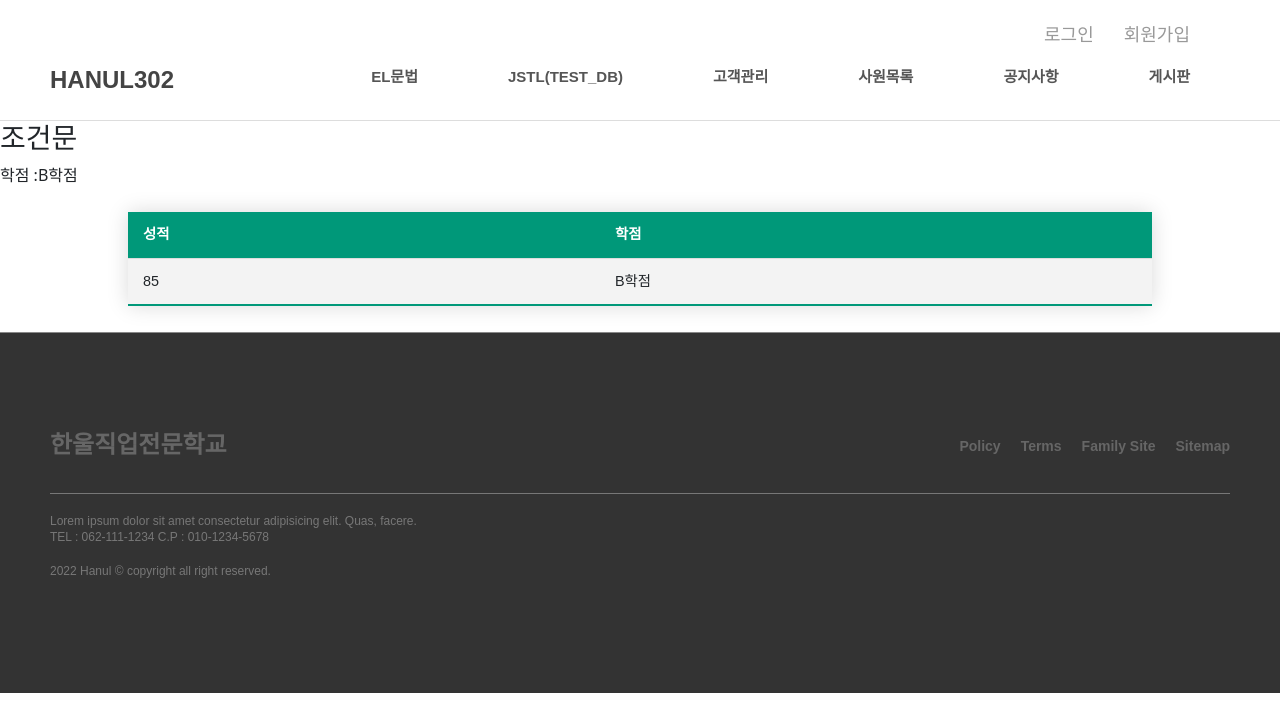
Repository: Xeyeong/servlet
Page: http://localhost/05.MiniProject/el/control.jsp
The author's editor kept a copy of each file at every save. The page is drawn from the files as they stood at one save, then again after the next save.
The browser window is 1280 px wide. The pictures show the whole page.
Some web libraries are served in a nearby version. The page is served by Tomcat 9. Other server files are loaded and not shown.

Above is the page before, as saved 2022-09-22 00:48:49.

### 05.MiniProject/src/main/webapp/el/control.jsp
<%@ page language="java" contentType="text/html; charset=UTF-8"
	pageEncoding="UTF-8"%>
<%@ taglib uri="http://java.sun.com/jsp/jstl/core" prefix="c"%>
<!DOCTYPE html>
<html>
<head>
<meta charset="UTF-8">
<title>Insert title here</title>
</head>
<body>
	<jsp:include page="/include/header.jsp" />
	<h3>조건문</h3>
	<c:set var="score" value="85" />
	<c:if test="${score ge 90 }">
		<c:set var="grade" value="A학점" />
	</c:if>
	<c:if test="${score ge 80 }">
		<c:set var="grade" value="B학점" />
	</c:if>
	<c:if test="${score ge 70 and score lt 80}">
		<c:set var="grade" value="C학점" />
	</c:if>
	<%
	int score = 85;
	String grade = "";
	if ( score >= 90){
		grade = "A학점";

	}if ( score >= 80){
		grade = "B학점";

	}if ( score >= 70 && score < 80){ // 85 >= 70 : T
		grade = "C학점";
	}
	out.print(" 학점 :"+ grade);
	%>

	<table class="styled-table">
		<tr>
			<th>성적</th>
			<th>학점</th>
		</tr>
		<tr>
			<td>${score}</td>
			<td>${grade}</td>
		</tr>
	</table>



	<jsp:include page="/include/footer.jsp" />
</body>
</html>

### 05.MiniProject/src/main/webapp/include/header.jsp
<%@ page language="java" contentType="text/html; charset=UTF-8"
    pageEncoding="UTF-8"%>
<%@ taglib uri="http://java.sun.com/jsp/jstl/core" prefix="c" %>
<!DOCTYPE html>
<html>
<head>
<meta charset="UTF-8">
<meta http-equiv="X-UA-Compatible" content="IE=CHROME">
<meta name="viewport" content="width=device-width, initial-scale=1.0">
<title>실습용 테마</title>
<link rel="icon" href="favicon.ico" type="image/x-icon">
<script src="https://kit.fontawesome.com/c47106c6a7.js"
	crossorigin="anonymous"></script>
<link rel="stylesheet" href="<c:url value="/"/>css/style.css?<%=new java.util.Date()%>">
<link rel="stylesheet" href="<c:url value="/"/>css/common.css?<%=new java.util.Date()%>">
<script src="js/ie.js"></script>
<link
	href="https://cdn.jsdelivr.net/npm/bootstrap@5.2.0-beta1/dist/css/bootstrap.min.css"
	rel="stylesheet"
	integrity="sha384-0evHe/X+R7YkIZDRvuzKMRqM+OrBnVFBL6DOitfPri4tjfHxaWutUpFmBp4vmVor"
	crossorigin="anonymous">
<script
	src="https://cdn.jsdelivr.net/npm/bootstrap@5.2.0-beta1/dist/js/bootstrap.bundle.min.js"
	integrity="sha384-pprn3073KE6tl6bjs2QrFaJGz5/SUsLqktiwsUTF55Jfv3qYSDhgCecCxMW52nD2"
	crossorigin="anonymous"></script>
<script src="https://code.jquery.com/jquery-3.6.0.min.js"></script>
</head>
<body>
	<header>
		<div class="inner">
			<h1>
				<a href="#">HANUL302</a>
			</h1>
			<ul id="gnb">
				<li><a href="<c:url value="/"/>list.el">EL문법</a></li>
				<li><a href="<c:url value="/"/>list.te">JSTL(TEST_DB)</a></li>
				<li><a href="<c:url value="/"/>list.cu">고객관리</a></li>
				<li><a href="#">사원목록</a></li>
				<li><a href="#">공지사항</a></li>
				<li><a href="#">게시판</a></li>
			</ul>



			<ul class="util">
				<li><a href="#">로그인</a></li>
				<li><a href="#">회원가입</a></li>
			</ul>

		</div>

	</header>
</body>
</html>

### 05.MiniProject/src/main/webapp/include/footer.jsp
<%@ page language="java" contentType="text/html; charset=UTF-8"
    pageEncoding="UTF-8"%>
<footer>
		<div class="inner">
			<div class="upper">
				<h1>한울직업전문학교</h1>
				<ul>
					<li><a href="#">Policy</a></li>
					<li><a href="#">Terms</a></li>
					<li><a href="#">Family Site</a></li>
					<li><a href="#">Sitemap</a></li>
				</ul>
			</div>
			<div class="lower">
				<address>
					Lorem ipsum dolor sit amet consectetur adipisicing elit. Quas,
					facere.<br> TEL : 062-111-1234 C.P : 010-1234-5678
				</address>
				<p>2022 Hanul &copy; copyright all right reserved.</p>
			</div>
		</div>
</footer>

### 05.MiniProject/src/main/webapp/css/style.css
@charset 'utf-8';


* {
	margin: 0px;
	padding: 0px;
	box-sizing: border-box;
}
ul,
ol {
	list-style: none;
}
a {
	text-decoration: none;
}

/* header */
header {
	width: 100%;
	border-bottom: 1px solid #ddd;
}
header .inner {
	width: 1180px;
	height: 120px;
	margin: 0px auto;
	position: relative; /*자식 absolute 요소의 기준점 설정*/
}
header .inner h1 {
	position: absolute;
	left: 0px;
	bottom: 15px;
}
header .inner h1 a {
	font: bold 24px/1 "arial";
	color: #444;
}
header .inner .util {
	position: absolute;
	top: 20px;
	right: 30px;
}
header .inner .util li {
	float: left;
}
header .inner .util li a {
	display: block;
	font: 18px "arial";
	color: #999;
	padding: 0px 10px;
}
header .inner #gnb {
	position: absolute;
	bottom: 0px;
	right: 0px;
}
header .inner #gnb li {
	float: left;
}
header .inner #gnb li a {
	display: block; /*인라인 요소는 block설정하여 크기를 조절가능*/
	font: bold 15px/1 "arial";
	color: #555;
	padding: 20px 40px;
	transition: all 0.5s;
}
header .inner #gnb li a:hover {
	background: #555;
	color: #fff;
}
figure {
	width: 100%;
	height: calc(100vh - 120px); /*전체 브라우저 높이에서 120px만큼 빼줌*/
	background: #000;
	position: relative;
	overflow: hidden;
	padding-top: 250px;
}
figure video {
	object-fit: cover; /*영상을 figure안쪽에 꽉 차도록 설정*/
	width: 100%;
	height: 100%;
	opacity: 0.3;
	position: absolute;
	top: 0px;
	left: 0px;
}
figure .inner {
	width: 1180px;
	margin: 0px auto;
	position: relative;
}
figure .inner h1 {
	font: normal 120px/1 "arial";
	color: #fff;
	margin-bottom: 20px;
}
figure .inner p {
	font: 16px/1.4 "arial";
	color: #888;
	margin-bottom: 60px;
}
figure .inner a {
	display: block;
	width: 400px;
	height: 30px;
	border: 1px solid #bbb;
	font: bold 11px/30px "arial";
	color: #fff;
	text-align: center;
	letter-spacing: 1px;
	transition: all 0.5s;
}
figure .inner a:hover {
	background: #fff;
	color: #555;
}
/* news */
section {
	width: 100%;
	padding: 200px 0px;
}
section .inner {
	width: 1180px;
	margin: 0px auto;
}
section .inner h1 {
	font: bold 24px/1 "arial";
	color: #555;
	text-align: center;
	margin-bottom: 50px;
}
section .inner .wrap {
	width: 100%;
}
section .inner .wrap::after {
	/*자식 요소인 article의 float해제*/
	content: "";
	display: block;
	clear: both;
}
section .inner .wrap article {
	width: 32%;
	float: left;
	margin-right: 20px;
}
section .inner .wrap article:last-child {
	/*제일 오른쪽 마지막 요소만 여백제거*/
	margin-right: 0px;
}
section .inner .wrap article h2 {
	margin-bottom: 10px;
}
section .inner .wrap article h2 a {
	font: bold 16px/1 "arial";
	color: #555;
}
section .inner .wrap article p {
	font: 14px/1.4 "arial";
	color: #777;
}
section .inner .wrap article .pic {
	width: 100%;
	height: 120px;
	background: #333;
	margin-bottom: 15px;
	position: relative;
	overflow: hidden;
}
section .inner .wrap article .pic img {
	object-fit: cover; /*pic프레임안에 이미지 꽉 채움*/
	width: 100%;
	height: 100%;
}
/* footer */
footer {
	width: 100%;
	background: #333;
	padding: 100px 0px;
	border-top: 1px solid #888;
}
footer .inner {
	width: 1180px;
	margin: 0px auto;
}
footer .inner .upper {
	width: 100%;
	border-bottom: 1px solid #777;
	padding-bottom: 20px;
}
footer .inner .upper::after {
	/*상단 영역 float해제*/
	content: "";
	display: block;
	clear: both;
}
footer .inner .upper h1 {
	float: left;
	font: bold 24px/1 "arial";
	color: #666;
}
footer .inner .upper ul {
	float: right;
}
footer .inner .upper ul li {
	float: left;
	margin-left: 20px;
}
footer .inner .upper ul li a {
	font: bold 14px/1 "arial";
	color: #666;
}
footer .inner .lower {
	width: 100%;
	padding-top: 20px;
}
footer .inner .lower address {
	width: 100%;
	font: 12px/1.3 "arial";
	color: #777;
	margin-bottom: 20px;
}
footer .inner .lower p {
	width: 100%;
	font: 12px/1 "arial";
	color: #777;
}

.styled-table {
	width: 80%;
    border-collapse: collapse;
    margin: 2% 10% 2% 10% ;
    font-size: 0.9em;
    font-family: sans-serif;
    min-width: 400px;
    box-shadow: 0 0 20px rgba(0, 0, 0, 0.15);

}

.styled-table thead tr {
    background-color: #009879;
    color: #ffffff;
    text-align: left;
}
table th{
	background-color: #6d6b6b!important;  color : #fff;
}
.styled-table th,
.styled-table td {
    padding: 12px 15px;
}

.styled-table tbody tr {
    border-bottom: 1px solid #dddddd;
}

.styled-table tbody tr:nth-of-type(even) {
    background-color: #f3f3f3;
}

.styled-table tbody tr:last-of-type {
    border-bottom: 2px solid #009879;
}

.styled-table tbody tr.active-row {
    font-weight: bold;
    color: #009879;
}



.styled-table {
	width: 80%;
    border-collapse: collapse;
    margin: 2% 10% 2% 10%;
    font-size: 0.9em;
    font-family: sans-serif;
    min-width: 400px;
    box-shadow: 0 0 20px rgba(0, 0, 0, 0.15);
}

.styled-table thead tr {
    background-color: #009879;
    color: #ffffff;
    text-align: left;
}

.styled-table th,
.styled-table td {
    padding: 12px 15px;
}

.styled-table tbody tr {
    border-bottom: 1px solid #dddddd;
}

.styled-table tbody tr:nth-of-type(even) {
    background-color: #f3f3f3;
}

.styled-table tbody tr:last-of-type {
    border-bottom: 2px solid #009879;
}

.styled-table tbody tr.active-row {
    font-weight: bold;
    color: #009879;
}
.list-top{
	width: 80%;
	margin: 2% 10%;
}
input[ type=button ] {
	padding : 2px 10px
}

input[ type=submit ]{
	padding: 2px 10px
}
label:not(:last-child) {
	margin-right: 30px
}

### 05.MiniProject/src/main/webapp/css/common.css
@charset "UTF-8";

ul {
	list-style-type: none;
	align-items: center;
	padding: 0;
}

.center {
	position: absolute;
	left: 50%;
	top: calc(120px + 50%);
	transform: translate(-50%, -50%);
}

.list-top {
	display: flex;
	justify-content: space-between;
}

.list-top ul {
	display: flex;
}

table.tb-list th, table.tb-list td {
	border: 1px solid #b0b0b0;
}

.list-top {
	width: 80%;
	margin: 2% 10%
}

input[type=button], input[type=submit] {
	padding: 2px 10px
}

table th {
	background-color: #009879 !important;
	color: #fff;
}

label:not(:last-child) {
	margin-right: 30px
}

.btnSet {
	margin: 20px auto;
	width: 80%;
}

.btnSet a:not(:last-child) {
	margin-right: 5px
}

a {
	text-decoration: none !important;
}

a.btn-fill, a.btn-empty {
	height: 28px;
	padding: 3px 15px;
	border: 1px solid #009879;
	border-radius: 3px;
}

a.btn-fill {
	background-color: #009879;
	color: #fff;
}

a.btn-empty {
	color: #009879;
}

input {
	padding: 0 10px;
}

input:focus {
	outline: none !important;
	border-color: #009879;
}

.tb-wrap {
	overflow: auto;
	margin: 20px auto;
	height: 500px;
	width: 80%;
}

.tb-wrap table {
	width: 100%;
	margin: 0;
}

header ul li:not(:first-child) {
	margin-left: 10px
}

.valid {
	color: green;
	font-size: 14px;
	font-weight: bold;
}

.invalid {
	color: red;
	font-size: 14px;
	font-weight: bold;
}

.font {
	font-size: 18px;
}

#delete {
	display: none;
}

.w-px40 {
	width: 40px
}

.w-px60 {
	width: 60px
}

.w-px80 {
	width: 80px
}

.w-px100 {
	width: 100px
}

.w-px120 {
	width: 120px
}

.w-px140 {
	width: 140px
}

.w-px160 {
	width: 160px
}

.w-px180 {
	width: 180px
}

.w-px200 {
	width: 200px
}

.w-px220 {
	width: 220px
}

.w-px250 {
	width: 250px
}

.w-px300 {
	width: 300px
}

Loaded but not shown: 05.MiniProject/src/main/webapp/js/ie.js (common file)

After the next save:
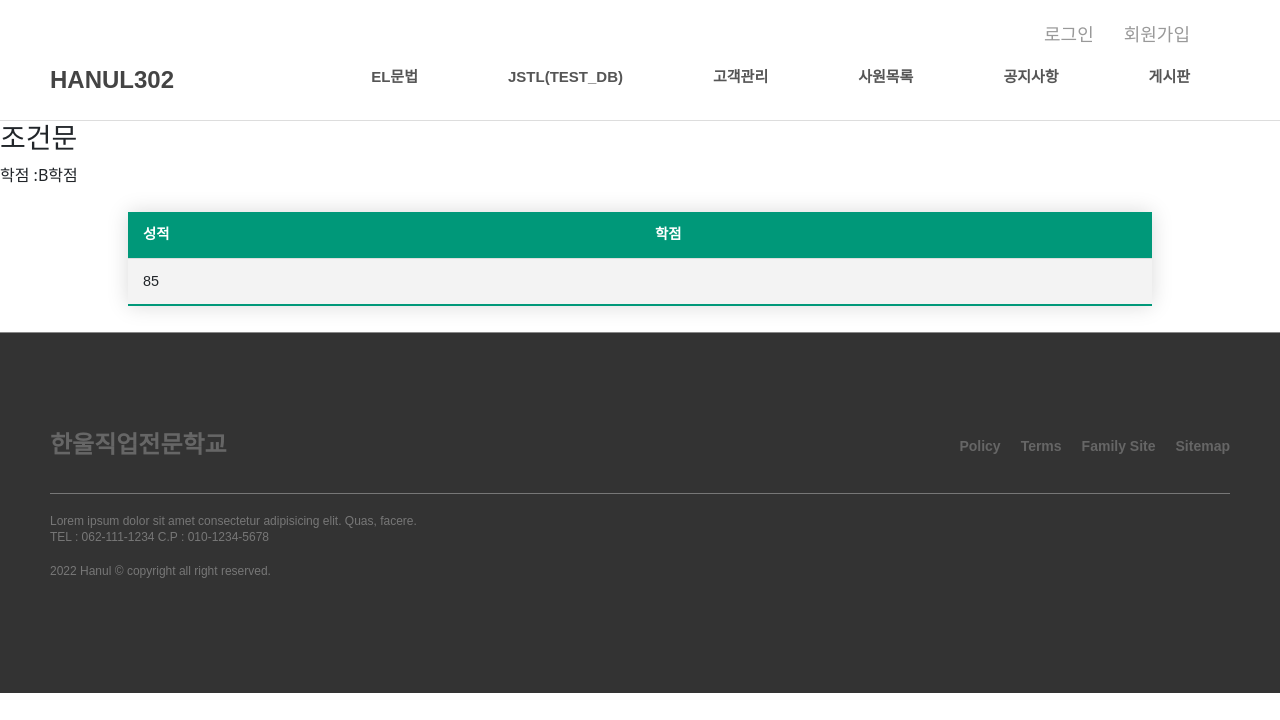
Saved 30 s later.
--- a/05.MiniProject/src/main/webapp/el/control.jsp
+++ b/05.MiniProject/src/main/webapp/el/control.jsp
@@ -14,7 +14,7 @@
 	<c:if test="${score ge 90 }">
 		<c:set var="grade" value="A학점" />
 	</c:if>
-	<c:if test="${score ge 80 }">
+	<c:if test="${score ge 80 and score }">
 		<c:set var="grade" value="B학점" />
 	</c:if>
 	<c:if test="${score ge 70 and score lt 80}">

After the save that followed:
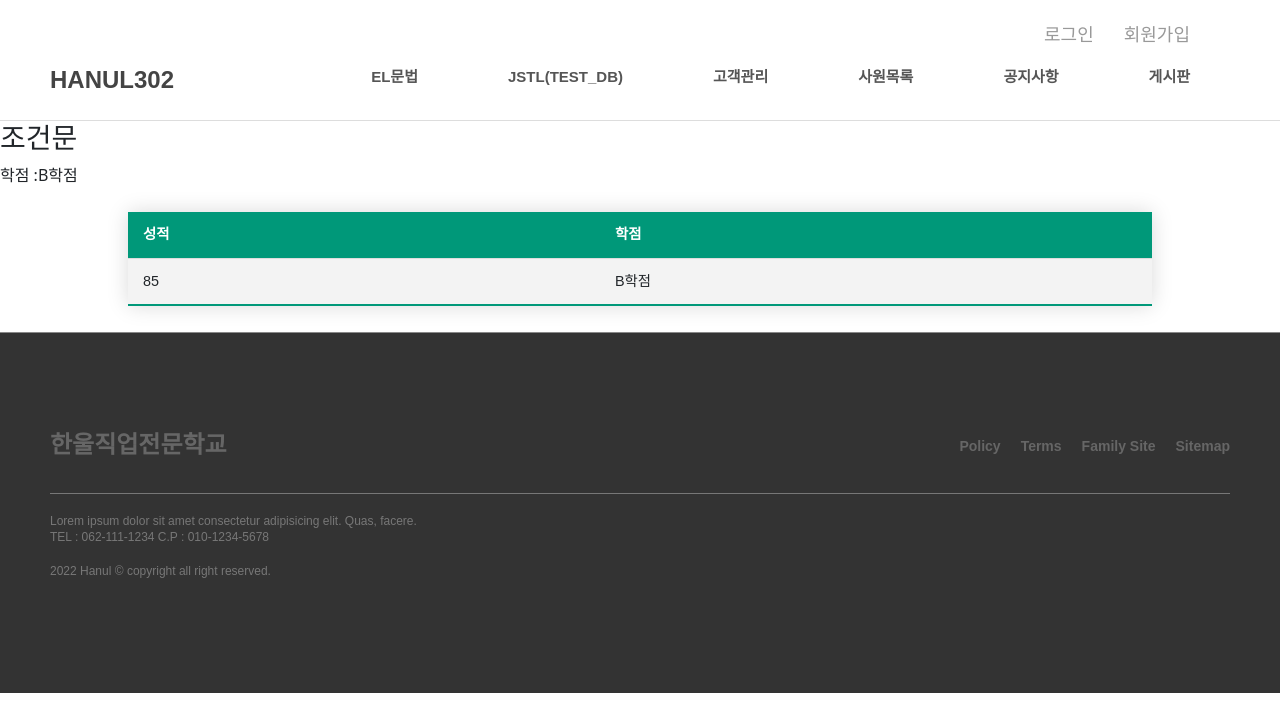
Saved 5 s later.
--- a/05.MiniProject/src/main/webapp/el/control.jsp
+++ b/05.MiniProject/src/main/webapp/el/control.jsp
@@ -14,7 +14,7 @@
 	<c:if test="${score ge 90 }">
 		<c:set var="grade" value="A학점" />
 	</c:if>
-	<c:if test="${score ge 80 and score }">
+	<c:if test="${score ge 80 and score lt 90}">
 		<c:set var="grade" value="B학점" />
 	</c:if>
 	<c:if test="${score ge 70 and score lt 80}">
